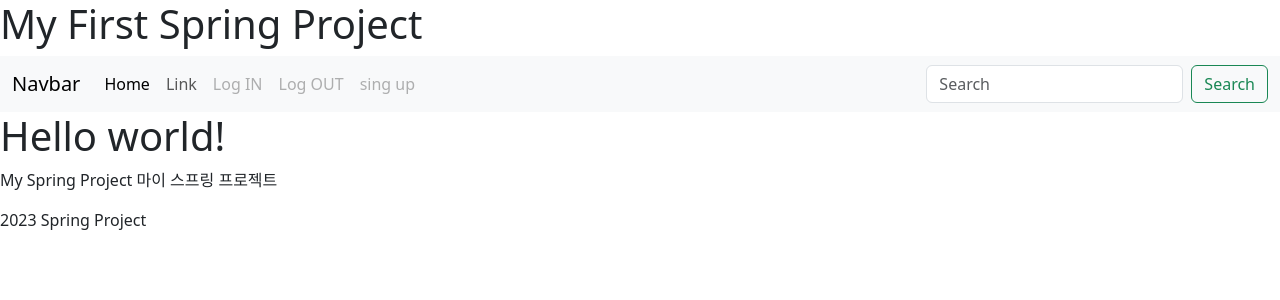
Repository: gatsby5959/_springTest
Page: http://localhost/spring-Test/WEB-INF/views/index.jsp
These files come from the project's save history. The page is drawn as it stood at one moment and after the next save; the edit follows.
The browser window is 1280 px wide. The pictures show the whole page.
The page is served by Tomcat 9. Nobody is signed in. Other server files are loaded and not shown. The template is opened directly, without the code that normally fills it, so the values that code supplies are empty.

Above is the page before, as saved 2023-10-04 12:43:46.

### spring-Test/src/main/webapp/WEB-INF/views/index.jsp
<%@ page language="java" contentType="text/html; charset=UTF-8" pageEncoding="UTF-8" %>
<%@ taglib uri="http://java.sun.com/jsp/jstl/core" prefix="c" %>
<%@ page session="false" %>

<jsp:include page="./layout/header.jsp"></jsp:include>


<h1>
	Hello world!
</h1>

<P>  My Spring Project 마이 스프링 프로젝트 </P>

<jsp:include page="./layout/footer.jsp"></jsp:include>

### spring-Test/src/main/webapp/WEB-INF/views/layout/header.jsp
<%@ page language="java" contentType="text/html; charset=UTF-8"
    pageEncoding="UTF-8"%>
<%@ taglib uri="http://java.sun.com/jsp/jstl/core" prefix="c" %>
<!DOCTYPE html>
<html>
<head>
<meta charset="UTF-8">
<link href="https://cdn.jsdelivr.net/npm/bootstrap@5.3.1/dist/css/bootstrap.min.css" rel="stylesheet" integrity="sha384-4bw+/aepP/YC94hEpVNVgiZdgIC5+VKNBQNGCHeKRQN+PtmoHDEXuppvnDJzQIu9" crossorigin="anonymous">
<script src="https://cdn.jsdelivr.net/npm/bootstrap@5.3.1/dist/js/bootstrap.bundle.min.js" integrity="sha384-HwwvtgBNo3bZJJLYd8oVXjrBZt8cqVSpeBNS5n7C8IVInixGAoxmnlMuBnhbgrkm" crossorigin="anonymous"></script>
<title>Insert title here</title>

</head>
<body>
<h1> My First Spring Project </h1>

<nav class="navbar navbar-expand-lg bg-body-tertiary">
  <div class="container-fluid">
    <a class="navbar-brand" href="#">Navbar</a>
    <button class="navbar-toggler" type="button" data-bs-toggle="collapse" data-bs-target="#navbarSupportedContent" aria-controls="navbarSupportedContent" aria-expanded="false" aria-label="Toggle navigation">
      <span class="navbar-toggler-icon"></span>
    </button>
    <div class="collapse navbar-collapse" id="navbarSupportedContent">
      <ul class="navbar-nav me-auto mb-2 mb-lg-0">
        <li class="nav-item">
          <a class="nav-link active" aria-current="page" href="#">Home</a>
        </li>
        <li class="nav-item">
          <a class="nav-link" href="#">Link</a>
        </li>
<!--         <li class="nav-item dropdown"> -->
<!--           <a class="nav-link dropdown-toggle" href="#" role="button" data-bs-toggle="dropdown" aria-expanded="false"> -->
<!--             Dropdown -->
<!--           </a> -->
<!--           <ul class="dropdown-menu"> -->
<!--             <li><a class="dropdown-item" href="#">Action</a></li> -->
<!--             <li><a class="dropdown-item" href="#">Another action</a></li> -->
<!--             <li><hr class="dropdown-divider"></li> -->
<!--             <li><a class="dropdown-item" href="#">Something else here</a></li> -->
<!--           </ul> -->
<!--         </li> -->
        <li class="nav-item">
          <a class="nav-link disabled" aria-disabled="true">Log IN</a>
        </li>
        <li class="nav-item">
          <a class="nav-link disabled" aria-disabled="true">Log OUT</a>
        </li>
        <li class="nav-item">
          <a class="nav-link disabled" aria-disabled="true">sing up</a>
        </li>
        <li class="nav-item">
          <a class="nav-link disabled" aria-disabled="true"></a>
        </li>
        <li class="nav-item">
          <a class="nav-link disabled" aria-disabled="true"></a>
        </li>
      </ul>
      <form class="d-flex" role="search">
        <input class="form-control me-2" type="search" placeholder="Search" aria-label="Search">
        <button class="btn btn-outline-success" type="submit">Search</button>
      </form>
    </div>
  </div>
</nav>

### spring-Test/src/main/webapp/WEB-INF/views/layout/footer.jsp
<%@ page language="java" contentType="text/html; charset=UTF-8"
    pageEncoding="UTF-8"%>

<div>
2023 Spring Project
</div>
</body>
</html>

After the next save:
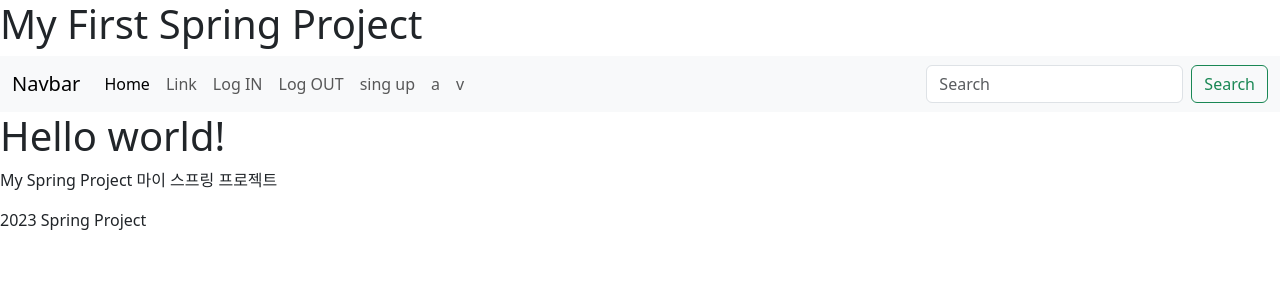
Saved 70 s later.
--- a/spring-Test/src/main/webapp/WEB-INF/views/layout/header.jsp
+++ b/spring-Test/src/main/webapp/WEB-INF/views/layout/header.jsp
@@ -39,19 +39,19 @@
 <!--           </ul> -->
 <!--         </li> -->
         <li class="nav-item">
-          <a class="nav-link disabled" aria-disabled="true">Log IN</a>
+          <a class="nav-link " >Log IN</a>
         </li>
         <li class="nav-item">
-          <a class="nav-link disabled" aria-disabled="true">Log OUT</a>
+          <a class="nav-link " >Log OUT</a>
         </li>
         <li class="nav-item">
-          <a class="nav-link disabled" aria-disabled="true">sing up</a>
+          <a class="nav-link " >sing up</a>
         </li>
         <li class="nav-item">
-          <a class="nav-link disabled" aria-disabled="true"></a>
+          <a class="nav-link " >a</a>
         </li>
         <li class="nav-item">
-          <a class="nav-link disabled" aria-disabled="true"></a>
+          <a class="nav-link ">v</a>
         </li>
       </ul>
       <form class="d-flex" role="search">
